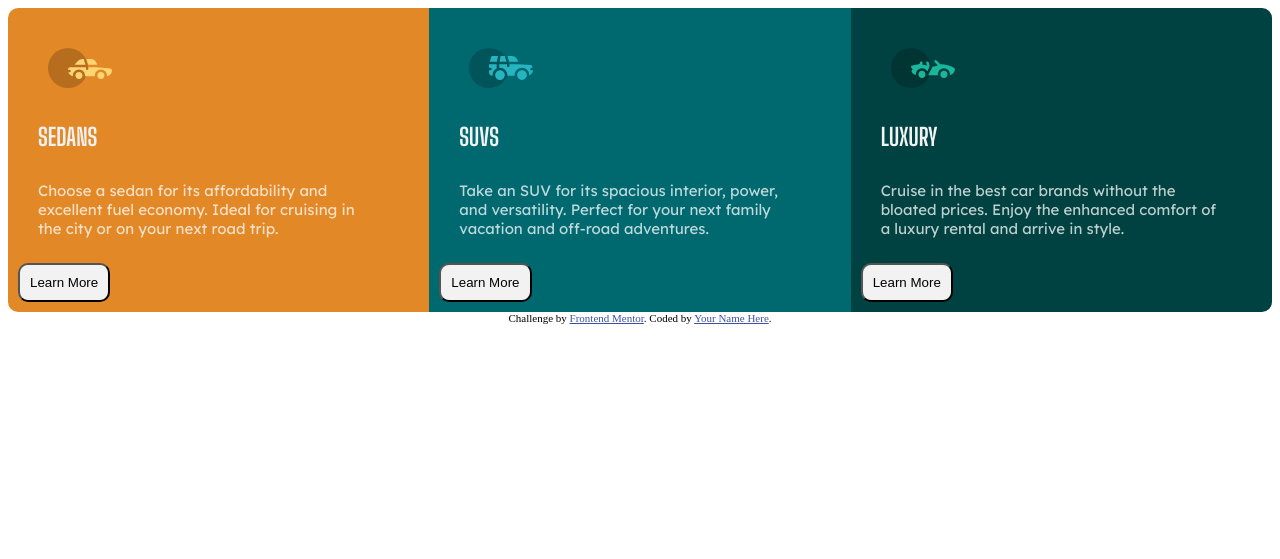
Repository: viniciussnt/3-column-preview-card
Page: index.html
These files come from the project's save history. The page is drawn as it stood at one moment and after the next save; the edit follows.
The browser window is 1280 px wide. The pictures show the whole page.

Above is the page before, as saved 2023-09-15 11:31:09.

After the next save:
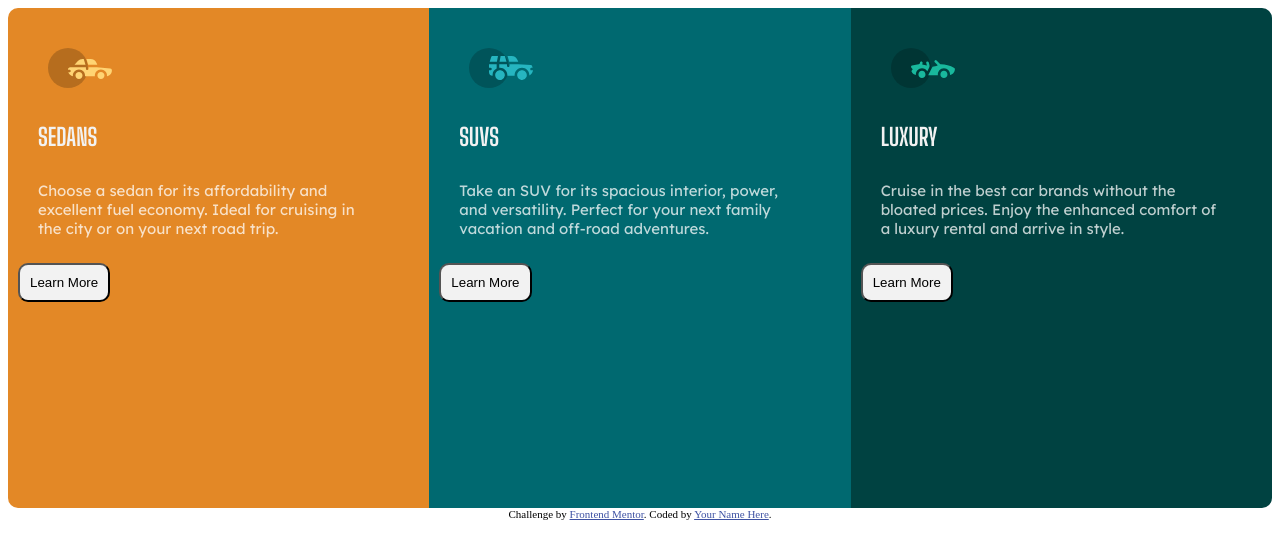
Saved 8 s later.
--- a/styles/style.css
+++ b/styles/style.css
@@ -19,8 +19,8 @@
 
 section {
     flex-direction: row;
-    width: 80%;
-    height: 80%;
+    width: 500px;
+    height: 500px;
 }
 
 .sedans {
